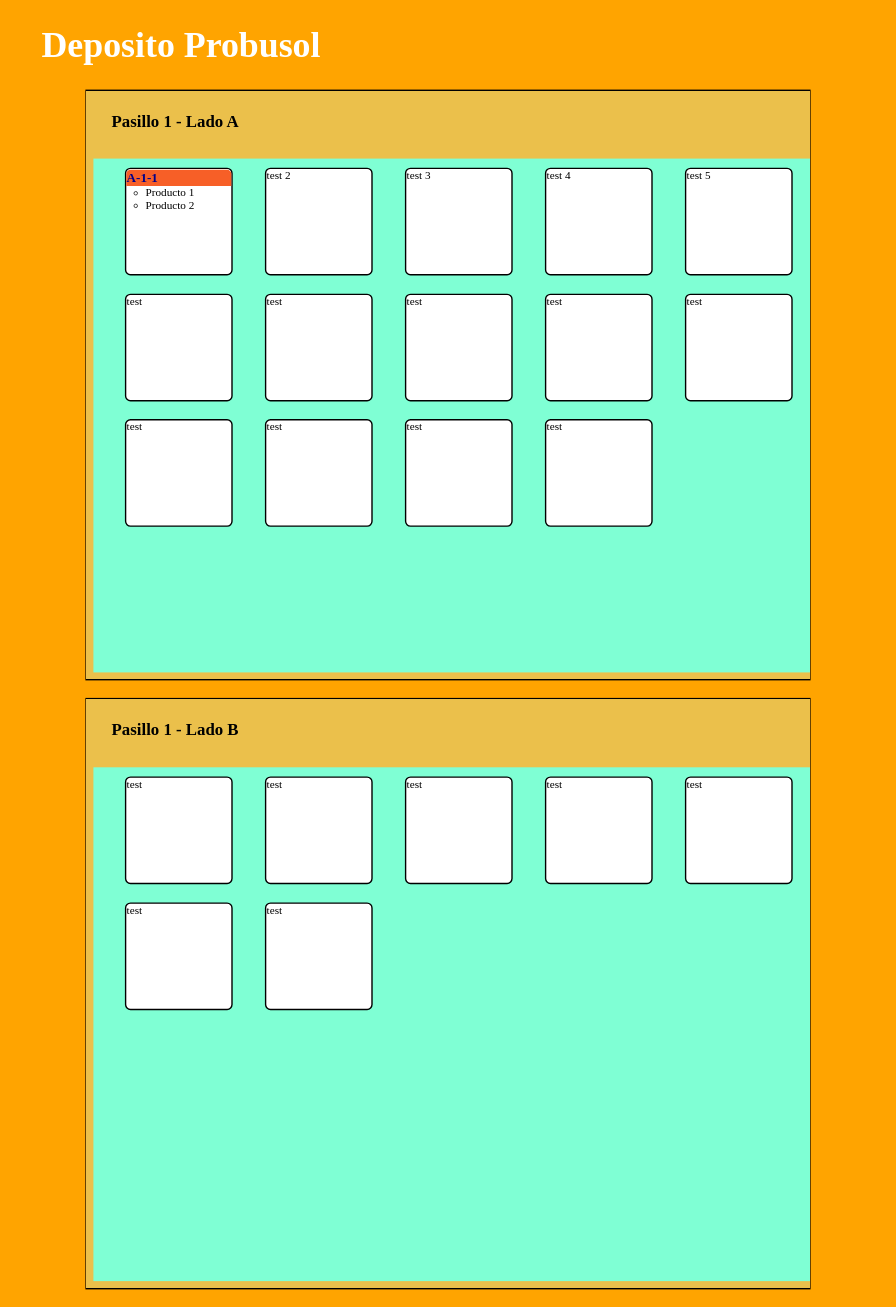
Repository: Franzcod/DepoStock_Web
Page: index.html
These files come from the project's save history. The page is drawn as it stood at one moment and after the next save; the edit follows.
The browser window is 1280 px wide. The pictures show the whole page, at 70% of full size.

Above is the page before, as saved 2020-06-07 19:47:54.
Console error: ReferenceError: ur is not defined

### index.html
<!DOCTYPE html>
<html lang="en">
<head>
    <meta charset="UTF-8">
    <meta name="viewport" content="width=device-width, initial-scale=1.0">
    <title>Deposito Probusol</title>

    <link rel="stylesheet" href="estilo/estilo.css">
</head>
<body>

    <div class="titulo">
        <h1>Deposito Probusol</h1>
    </div>


    <div class="app">
        <h2>Pasillo 1 - Lado A</h2>

        <ul class="hs">

            <li class="item">

                <h3 class="pos">A-1-1</h3>

                <ul class="listaProduc">
                    <li class="producto"> Producto 1</li>
                    <li class="producto"> Producto 2</li>
                </ul>
            </li>

            <li class="item">test 2</li>
            <li class="item">test 3</li>
            <li class="item">test 4</li>
            <li class="item">test 5</li>
            <li class="item">test 6</li>
            <li class="item">test 7</li>
            <li class="item">test 8</li>
            <li class="item">test 9</li>
            <li class="item">test</li>
            <li class="item">test</li>
            <li class="item">test</li>
            <li class="item">test</li>
            <li class="item">test</li>
            <li class="item">test</li>
            <li class="item">test</li>
            <li class="item">test</li>
            <li class="item">test</li>
            <li class="item">test</li>
            <li class="item">test</li>
            <li class="item">test</li>
            <li class="item">test</li>
            <li class="item">test</li>
            <li class="item">test</li>

        </ul>

        <!-- <div class="container">
            <div class="item">
            <h3>Block for context</h3>
            </div>
        </div> -->
    </div>

    <div class="app">
        <h2>Pasillo 1 - Lado B</h2>

        <ul class="hs">
            <li class="item">test</li>
            <li class="item">test</li>
            <li class="item">test</li>
            <li class="item">test</li>
            <li class="item">test</li>
            <li class="item">test</li>
            <li class="item">test</li>
            <li class="item">test</li>
            <li class="item">test</li>
            <li class="item">test</li>
            <li class="item">test</li>
            <li class="item">test</li>

        </ul>

        <!-- <div class="container">
            <div class="item">
            <h3>Block for context</h3>
            </div>
        </div> -->
    </div>






    <script>ur</script>

</body>







</html>

### estilo/estilo.css
html{
    background-color: rgba(255, 164, 0, 1);
}

.titulo{
    margin: 2vw 4vw;
    align-items: flex-start;
    color: #fff;
    font-size: 2vw;
}


:root {
--gutter: 20px;
}

.app {
    padding: 10px;
    display: grid;
    grid-gap: var(--gutter) 0;
    border: 2px solid black;
    /* grid-template-columns: var(--gutter) 1fr var(--gutter);  */
    align-content: start;
    width: 80%;
    height: 75%;
    background: rgb(235, 192, 75);
    /* overflow-y: scroll; */
    margin: 2vw auto;
    overflow-x: auto;
}


.hs {
    display: grid;
    grid-template-columns: repeat(10, 1fr);
    grid-template-rows: repeat(4, 1fr);
    overflow-x: auto;
    /* scroll-snap-type: x proximity; */
    padding-bottom: calc(.75 * var(--gutter));
    background-color: aquamarine;
    width: 2000px;
    align-items: center;
    margin: auto;
}

h2{
    margin-left: 2vw;
}

.item {
    /* scroll-snap-align: center; */
    /* padding: 2px;  */
    display: flex;
    flex-direction: column;
    justify-content: start;
    align-items: flex-start;
    background: #fff;
    border: 2px solid black;
    border-radius: 8px;
    height: 150px;
    width: 150px;
    margin: 1vw 5px;

}

.pos{
    width: 100%;
    height: 15%;
    border-radius: 6px 6px 0 0 ;
    margin: 1px auto;
    margin-left: auto;
    color: darkblue;
    background: rgb(247, 95, 39);
}


.listaProduc{
    margin-left: 2px;
    padding-left: 25px;
}

After the next save:
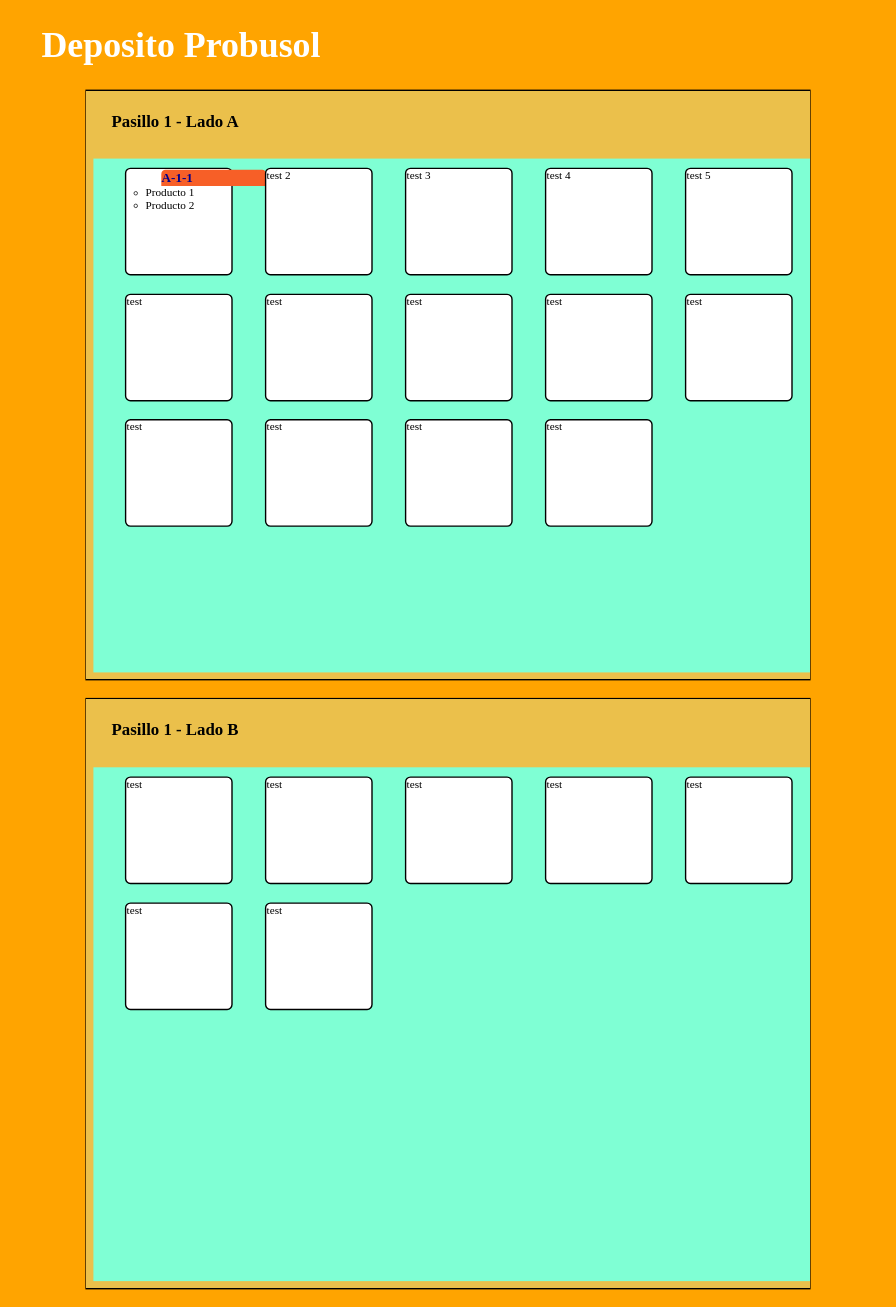
Saved 6 s later.
--- a/estilo/estilo.css
+++ b/estilo/estilo.css
@@ -68,7 +68,7 @@ h2{
     height: 15%;
     border-radius: 6px 6px 0 0 ;
     margin: 1px auto;
-    margin-left: auto;
+    margin-left: 50px;
     color: darkblue;
     background: rgb(247, 95, 39);
 }

After the save that followed:
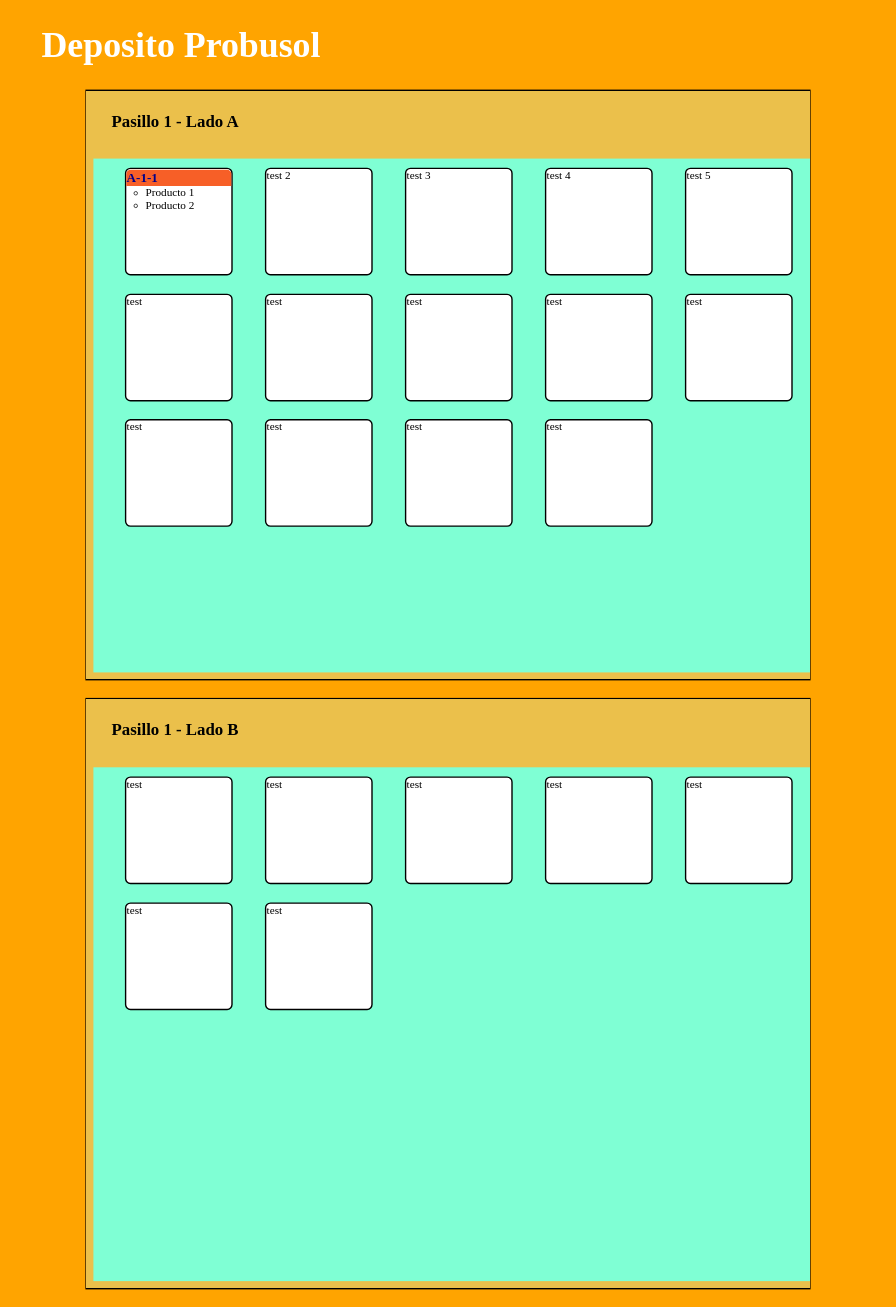
Saved 7 s later.
--- a/estilo/estilo.css
+++ b/estilo/estilo.css
@@ -68,7 +68,6 @@ h2{
     height: 15%;
     border-radius: 6px 6px 0 0 ;
     margin: 1px auto;
-    margin-left: 50px;
     color: darkblue;
     background: rgb(247, 95, 39);
 }
